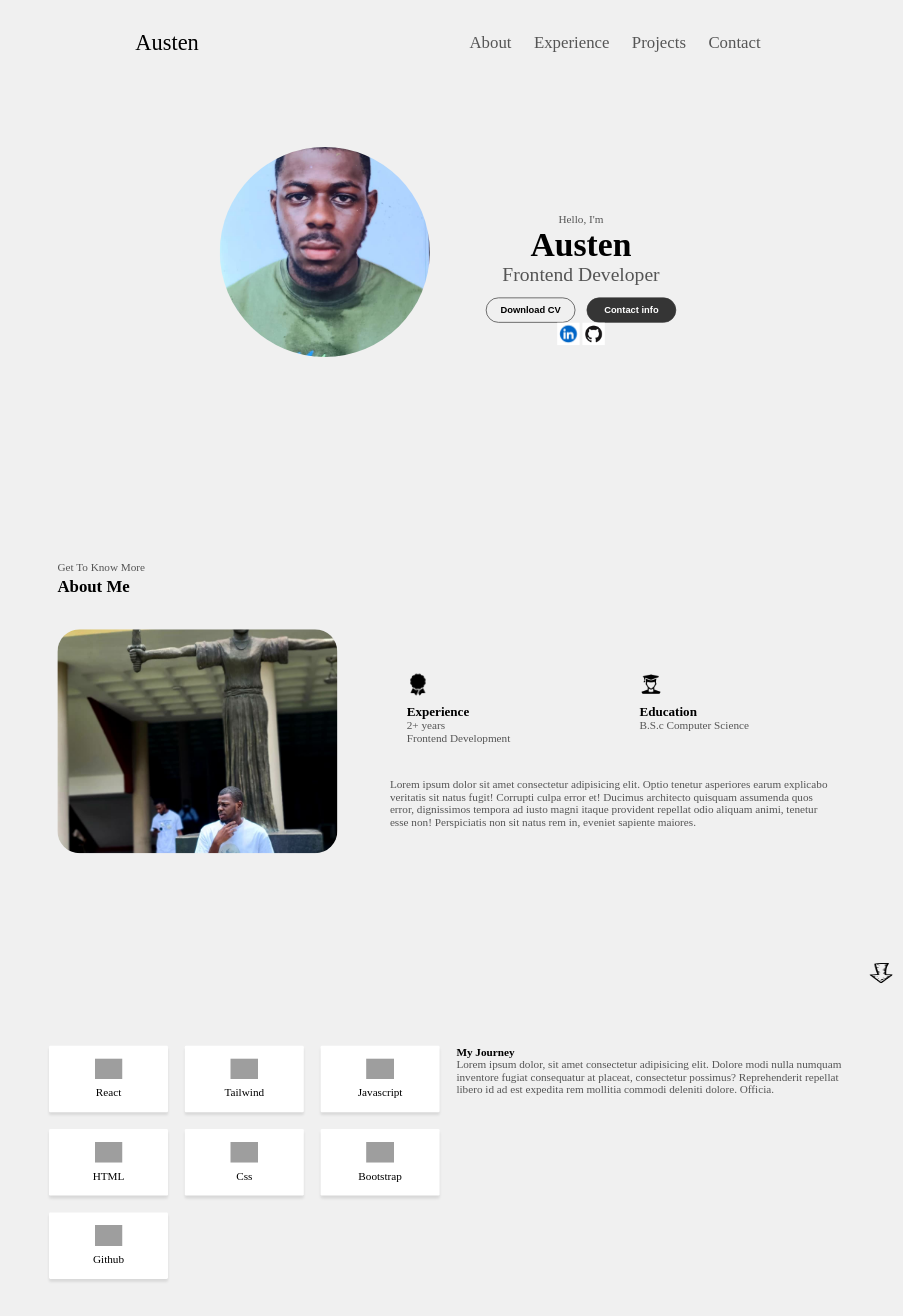
Repository: Austinokezie/Myportfolio
Page: index.html
These files come from the project's save history. The page is drawn as it stood at one moment and after the next save; the edit follows.
The browser window is 1280 px wide. The page is 1290 px wide, so the pictures cover 1290 px, including what lies to the right of the window. The pictures show the part of the page from y = 0 to 1880 px (the page is 3257 px tall), at 70% of full size.
Pictures or frames that could not be fetched are drawn as grey boxes. Some web fonts or font styles are not loaded; a fallback is used.

Above is the page before, as saved 2025-10-08 14:12:16.

After the next save:
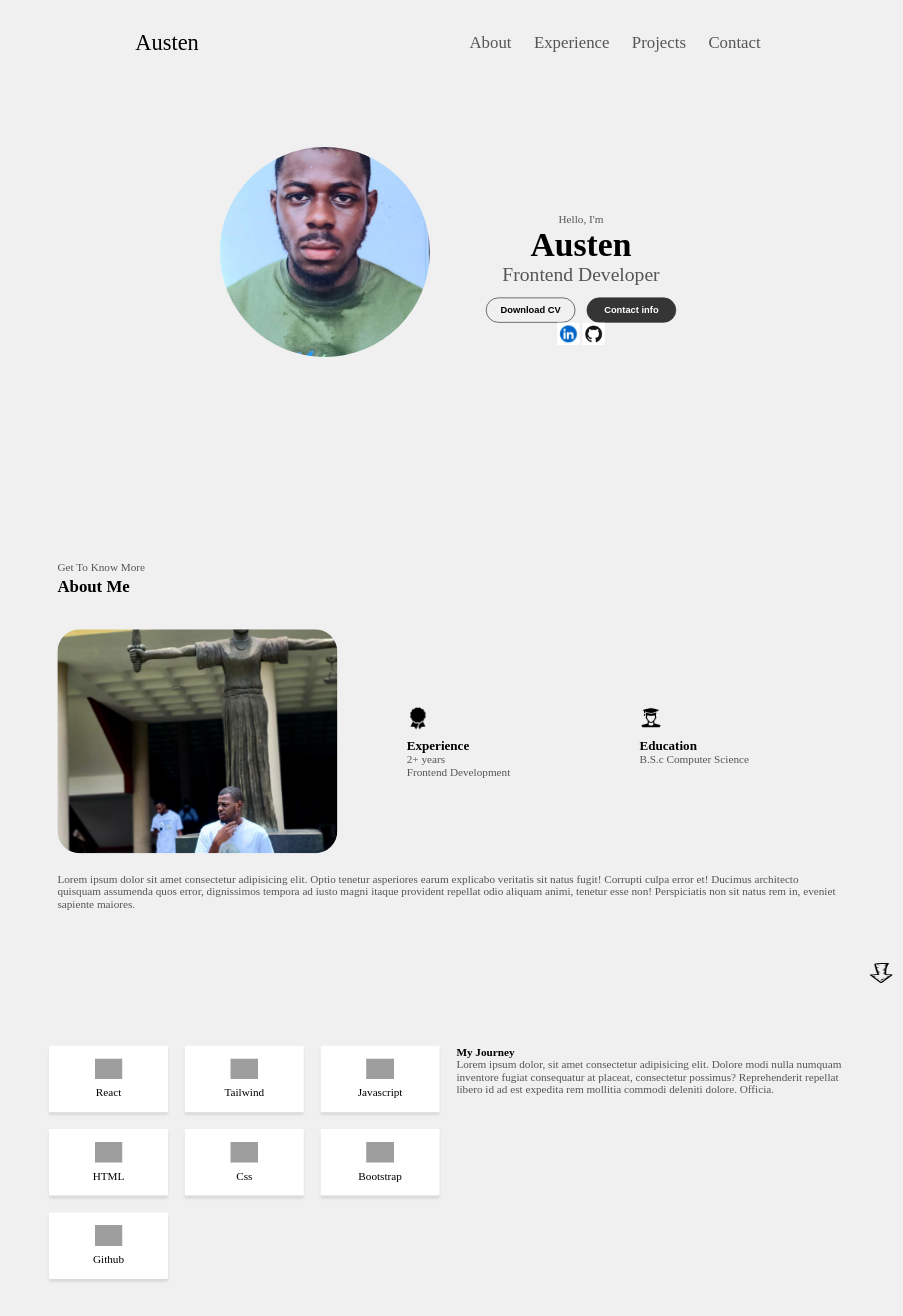
Saved 5 min 53 s later.
--- a/index.html
+++ b/index.html
@@ -82,49 +82,49 @@
        <!-- About Content -->
        <div class="row align-items-center justify-content-center g-4">
          <!-- Image Section -->
-          <div class="col-12 col-md-5 text-center">
-            <img src="./Asset/Solo pic1.jpg" alt="profile pic1" class="img-fluid rounded about-pic">
-          </div>
+            <div class="col-12 col-md-5 text-center">
+              <img src="./Asset/Solo pic1.jpg" alt="profile pic1" class="img-fluid rounded about-pic">
+            </div>
 
            <!-- Details and Text Section -->
-         <div class="col-12 col-md-7">
-            <div class="row g-4">
-             <!-- Experience -->
-              <div class="col-12 col-sm-6 text-center">
-                <div class="p-4 border rounded shadow-sm h-100">
-                  <img src="./Asset/icons8-award-50.png" alt="Experience icon" class="icon mb-2">
-                   <h3 class="h5 fw-bold">Experience</h3>
-                  <p class="mb-0">2+ years <br> Frontend Development</p>
-                </div>
-               </div>
-
-              <!-- Education -->
-               <div class="col-12 col-sm-6 text-center">
-               <div class="p-4 border rounded shadow-sm h-100">
-                  <img src="./Asset/icons8-graduation-64.png" alt="Education Icon" class="icon mb-2">
-                  <h3 class="h5 fw-bold">Education</h3>
-                  <p class="mb-0">B.S.c Computer Science</p>
-               </div>
-            </div>
-        </div>
-
-         <!-- Description Text -->
-        <div class="mt-4">
-           <p class="text-muted">
-              Lorem ipsum dolor sit amet consectetur adipisicing elit. Optio
-              tenetur asperiores earum explicabo veritatis sit natus fugit!
-              Corrupti culpa error et! Ducimus architecto quisquam assumenda quos
-              error, dignissimos tempora ad iusto magni itaque provident repellat
-              odio aliquam animi, tenetur esse non! Perspiciatis non sit natus rem
-              in, eveniet sapiente maiores.
-           </p>
-        </div>
-       </div>
-      </div>
+            <div class="col-12 col-md-7">
+               <div class="row g-4">
+                    <!-- Experience -->
+                    <div class="col-12 col-sm-6 text-center">
+                       <div class="p-4 border rounded shadow-sm h-100">
+                          <img src="./Asset/icons8-award-50.png" alt="Experience icon" class="icon mb-2">
+                          <h3 class="h5 fw-bold">Experience</h3>
+                          <p class="mb-0">2+ years <br> Frontend Development</p>
+                        </div>
+                   </div>
+
+                  <!-- Education -->
+                   <div class="col-12 col-sm-6 text-center">
+                       <div class="p-4 border rounded shadow-sm h-100">
+                          <img src="./Asset/icons8-graduation-64.png" alt="Education Icon" class="icon mb-2">
+                          <h3 class="h5 fw-bold">Education</h3>
+                          <p class="mb-0">B.S.c Computer Science</p>
+                        </div>
+                   </div>
+                </div>
+            </div>
+             <!-- Description Text -->
+            <div class="mt-4">
+               <p class="text-muted">
+                  Lorem ipsum dolor sit amet consectetur adipisicing elit. Optio
+                  tenetur asperiores earum explicabo veritatis sit natus fugit!
+                  Corrupti culpa error et! Ducimus architecto quisquam assumenda quos
+                 error, dignissimos tempora ad iusto magni itaque provident repellat
+                  odio aliquam animi, tenetur esse non! Perspiciatis non sit natus rem
+                  in, eveniet sapiente maiores.
+                </p>
+            </div>
+        </div>
+
 
         <!-- Arrow Icon (Hidden on Mobile) -->
         <div class="text-center mt-5 d-none d-md-block">
-         <img src="./Asset/icons8-arrow-down-100.png" alt="arrow icon"
+           <img src="./Asset/icons8-arrow-down-100.png" alt="arrow icon"
           class="icon arrow"
           onclick="location.href='./experience'"
           style="cursor:pointer; width:60px;">

After the save that followed:
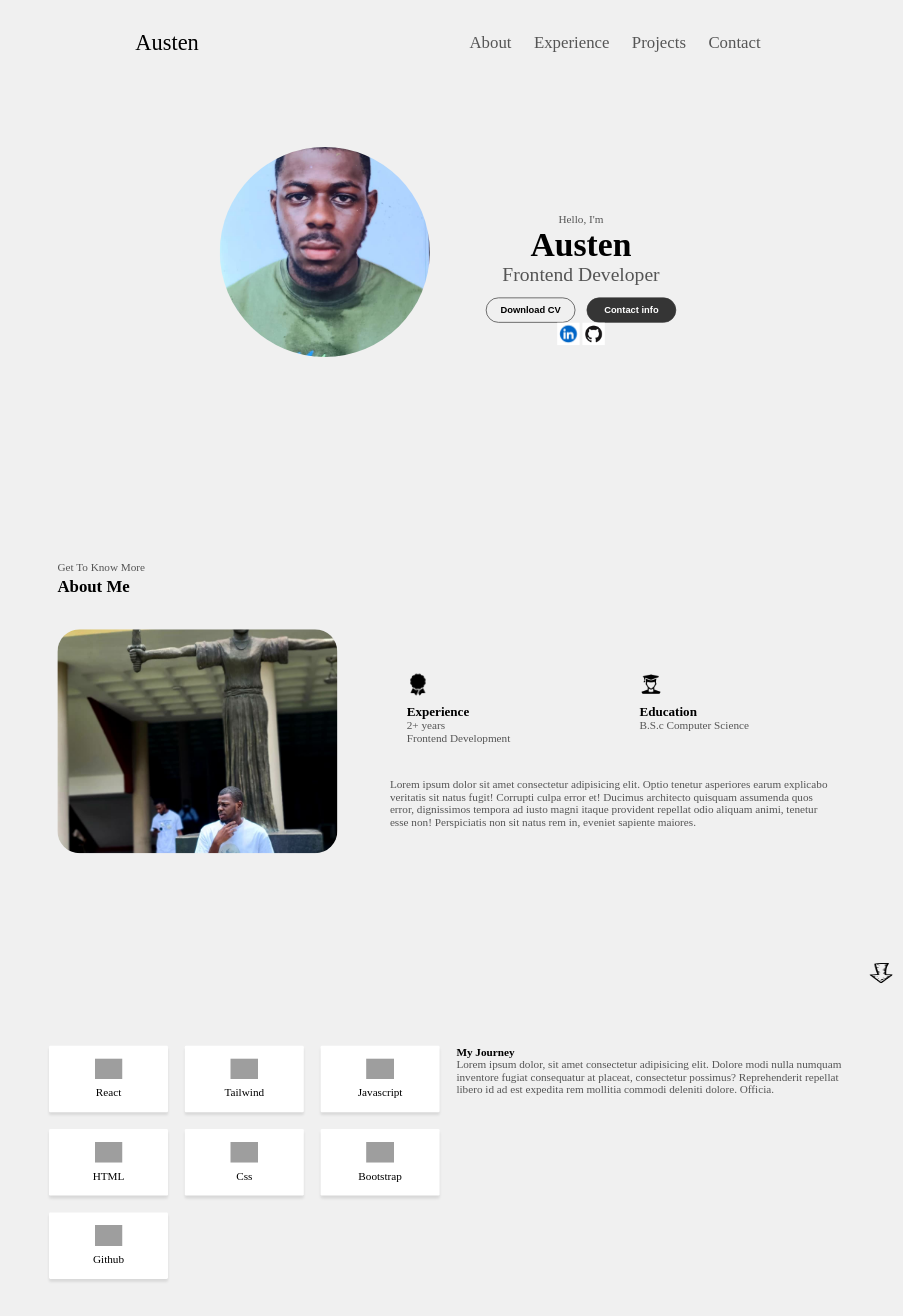
Saved 114 s later.
--- a/index.html
+++ b/index.html
@@ -107,18 +107,19 @@
                         </div>
                    </div>
                 </div>
+                <div class="mt-4">
+                   <p class="text-muted">
+                      Lorem ipsum dolor sit amet consectetur adipisicing elit. Optio
+                      tenetur asperiores earum explicabo veritatis sit natus fugit!
+                      Corrupti culpa error et! Ducimus architecto quisquam assumenda quos
+                      error, dignissimos tempora ad iusto magni itaque provident repellat
+                      odio aliquam animi, tenetur esse non! Perspiciatis non sit natus rem
+                      in, eveniet sapiente maiores.
+                   </p>
+                </div>
             </div>
              <!-- Description Text -->
-            <div class="mt-4">
-               <p class="text-muted">
-                  Lorem ipsum dolor sit amet consectetur adipisicing elit. Optio
-                  tenetur asperiores earum explicabo veritatis sit natus fugit!
-                  Corrupti culpa error et! Ducimus architecto quisquam assumenda quos
-                 error, dignissimos tempora ad iusto magni itaque provident repellat
-                  odio aliquam animi, tenetur esse non! Perspiciatis non sit natus rem
-                  in, eveniet sapiente maiores.
-                </p>
-            </div>
+
         </div>
 
 
